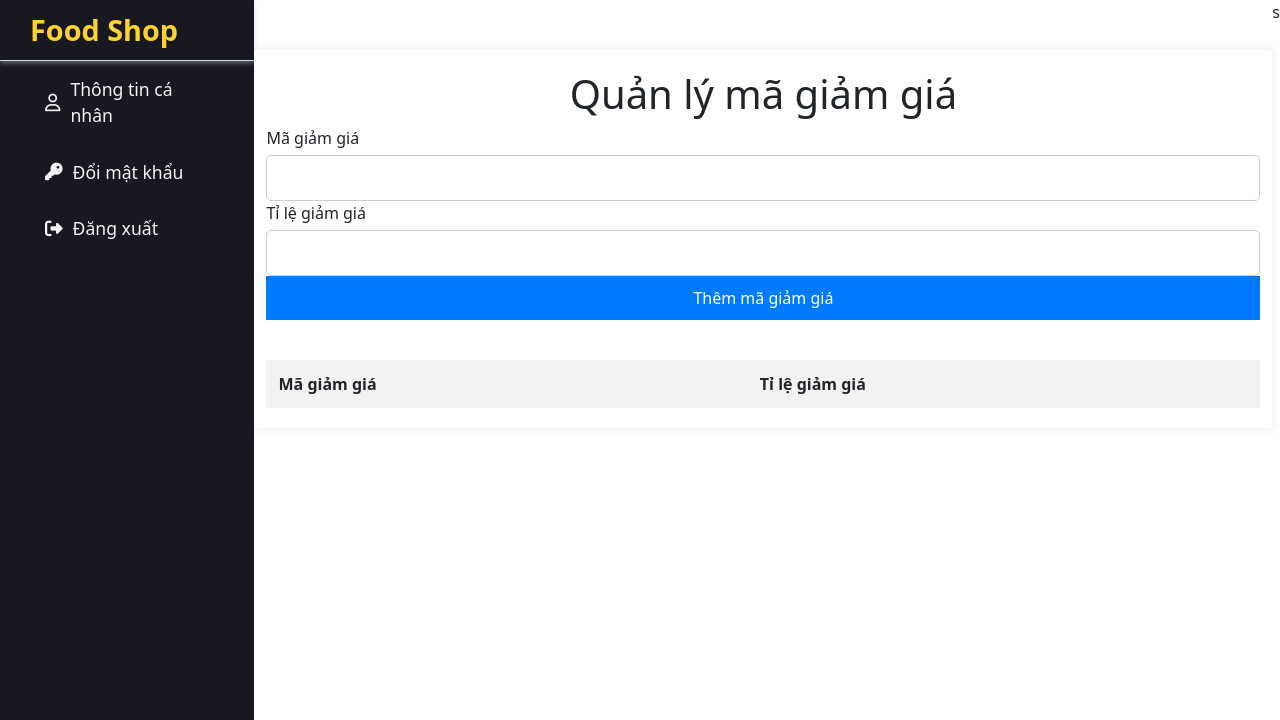
Repository: TuanAnhNguyen723/Restaurant-Projects
Page: http://localhost/discount/discount.php
An editor plug-in stored every save of this project. The page is shown before and after the next save, followed by the edit.
The browser window is 1280 px wide. The pictures show the whole page.
The page is run by PHP 8.4 with error messages shown; the project is at /var/www/html/.

Above is the page before, as saved 2024-06-12 00:53:52.

After the next save:
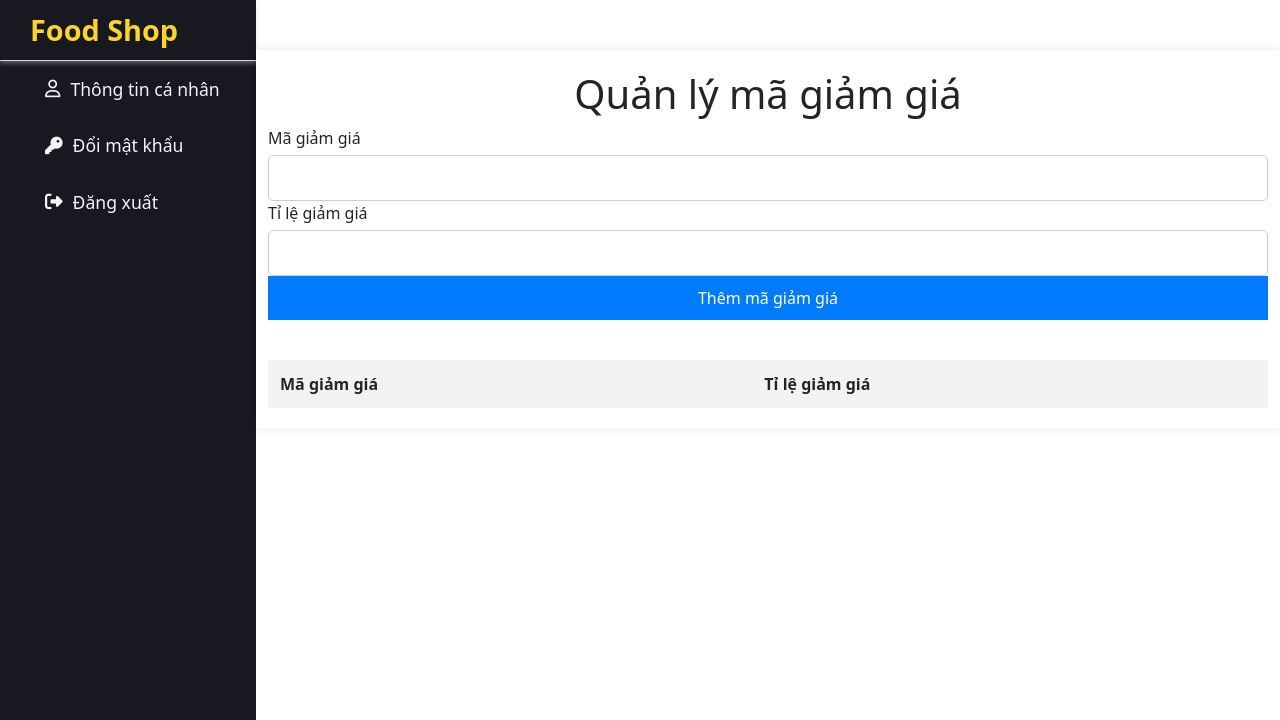
Saved 51 s later.
--- a/discount/discount.php
+++ b/discount/discount.php
@@ -113,4 +113,3 @@
 });
   </script>
 </html>
-s
